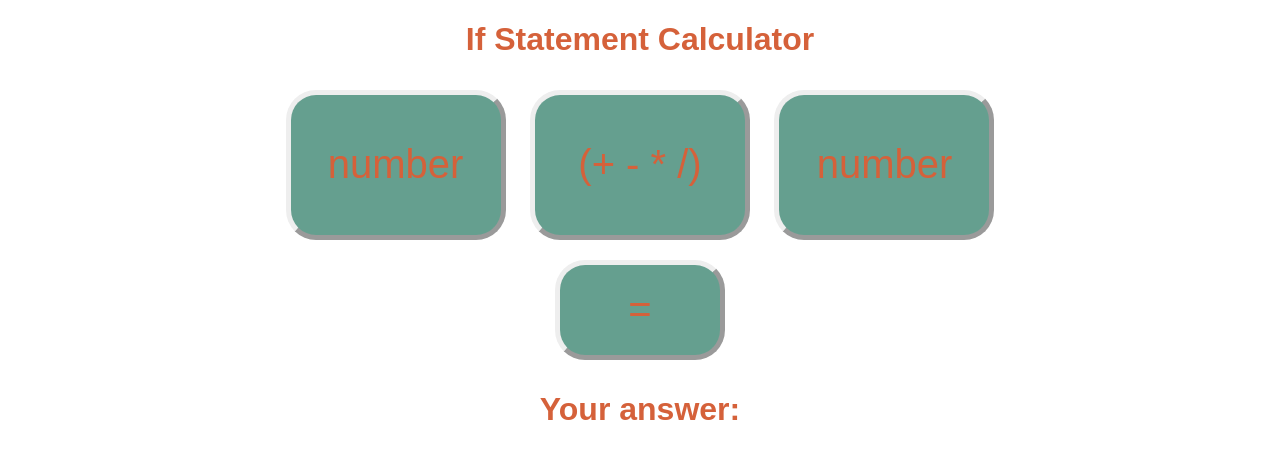
Repository: WesleyErasmus/threeInputCalculator
Page: html/if-calculator.html
These files come from the project's save history. The page is drawn as it stood at one moment and after the next save; the edit follows.
The browser window is 1280 px wide. The pictures show the whole page.

Above is the page before, as saved 2022-04-27 22:39:09.

After the next save:
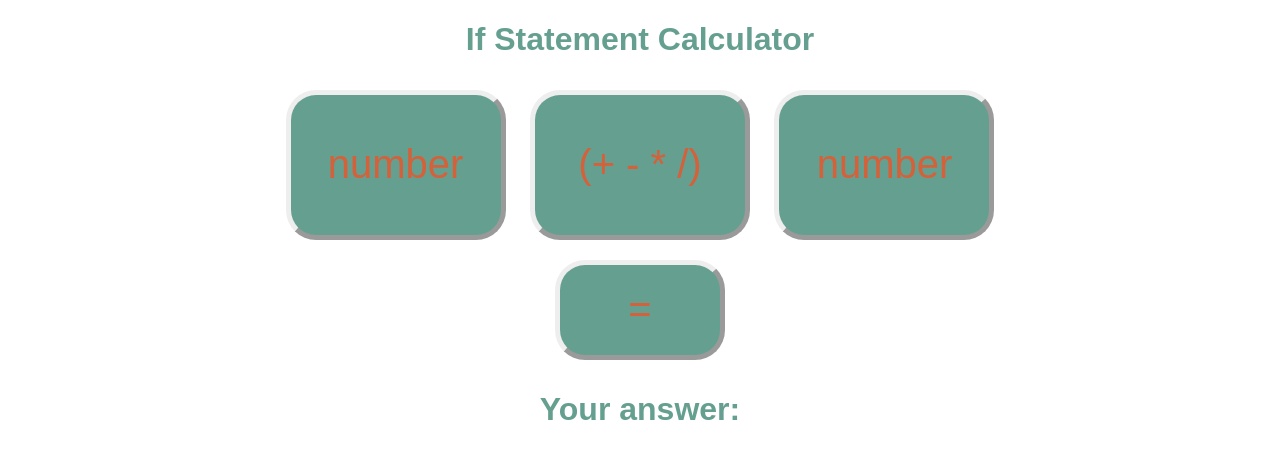
Saved 34 s later.
--- a/css/stylesheet.css
+++ b/css/stylesheet.css
@@ -2,7 +2,7 @@ body {
 font-family: sans-serif;
 }
 h1 {
-    color: #d5613a;
+    color: #659f8f;
 }
 form {
 display: block;
